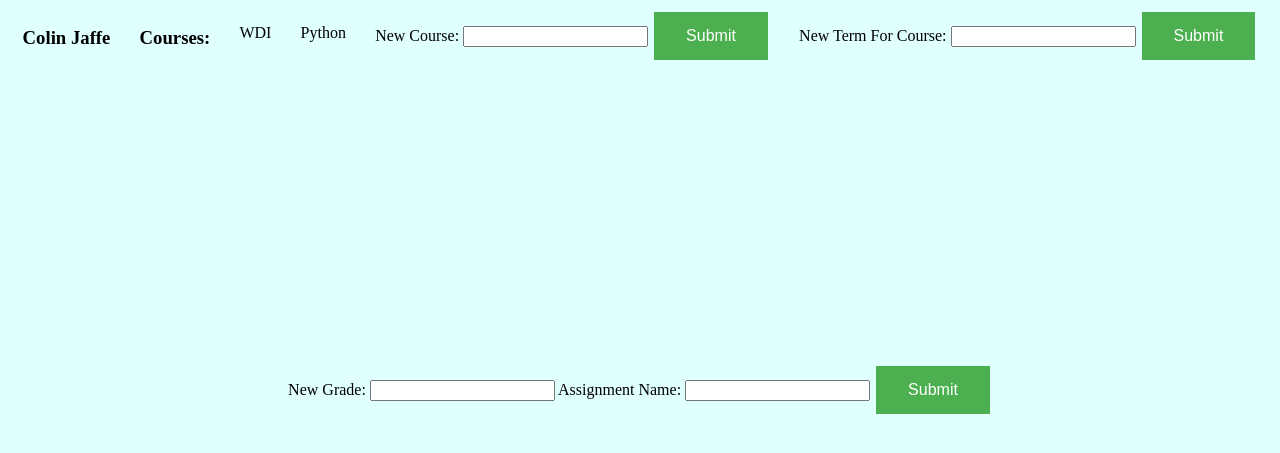
Repository: EdmontDantes/graderaide-ui
Page: add.html
An editor plug-in stored every save of this project. The page is shown before and after the next save, followed by the edit.
The browser window is 1280 px wide. The pictures show the whole page.

Above is the page before, as saved 2020-04-21 15:45:13.

After the next save:
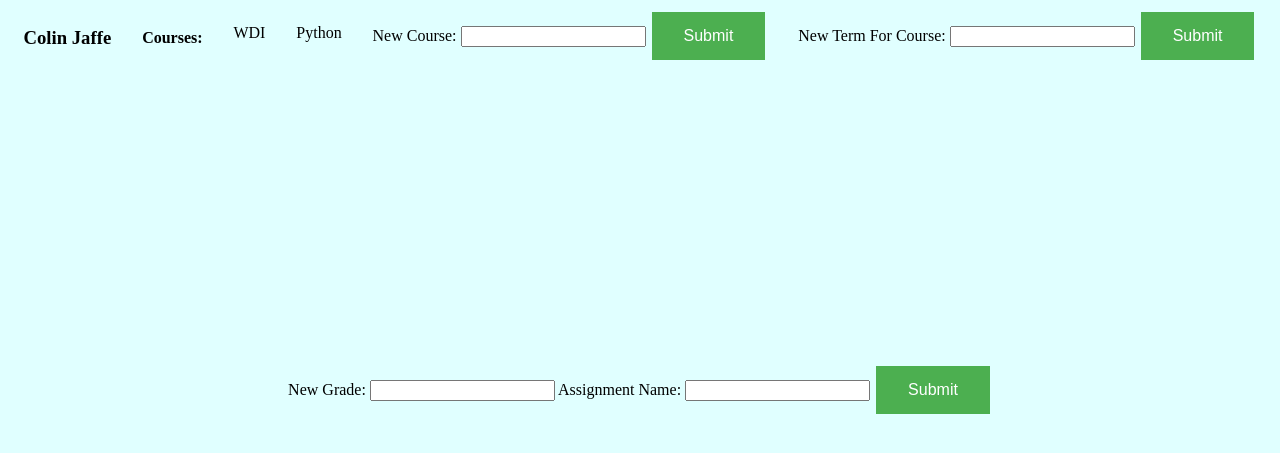
Saved 7 s later.
--- a/add.html
+++ b/add.html
@@ -10,7 +10,7 @@
     <section class="app">
 
       <h3>Colin Jaffe</h1>
-      <h3>Courses:</h3>
+      <h4>Courses:</h3>
       <p>WDI</p>
       <p>Python</p>
       <section>
